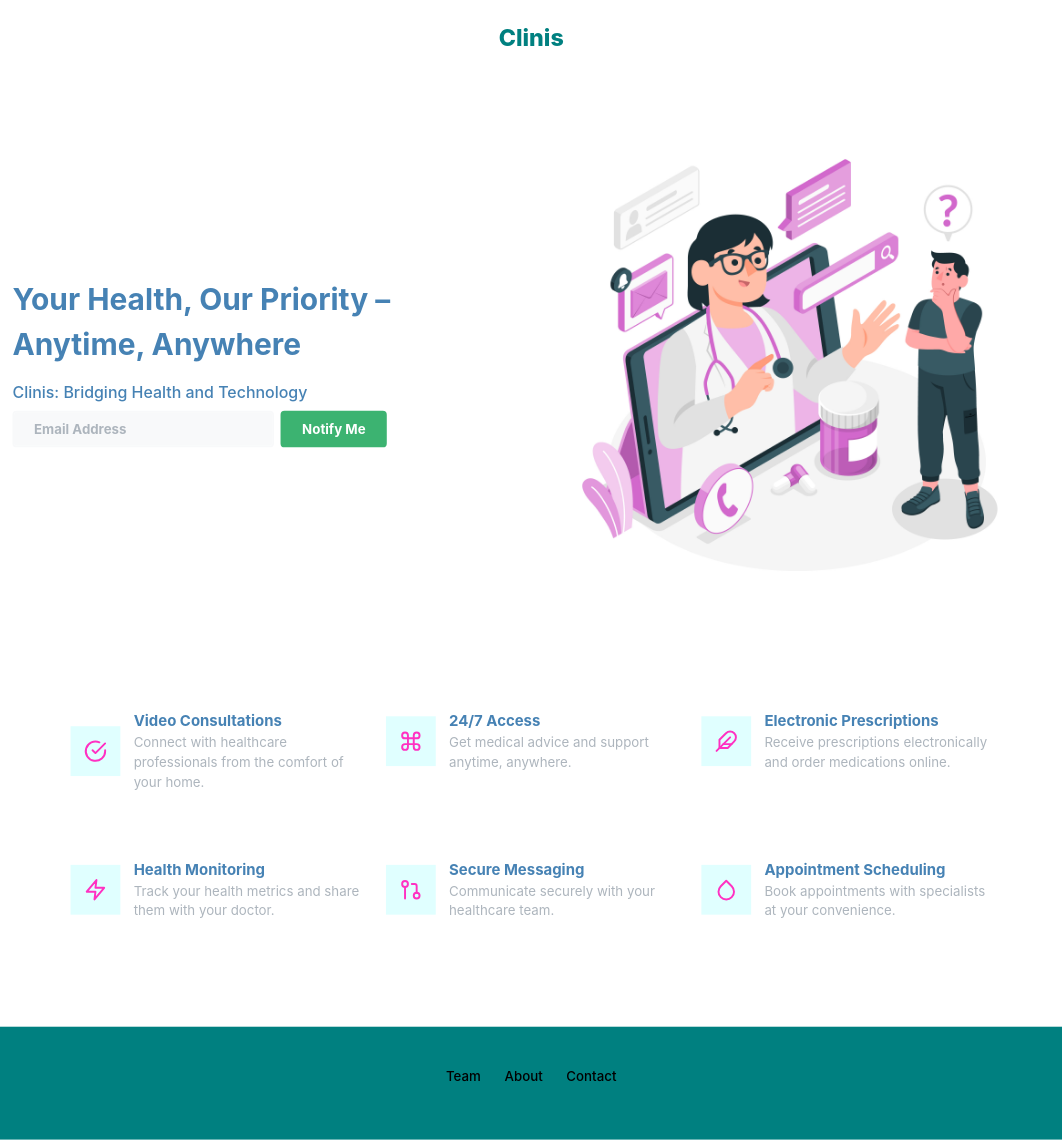
Repository: Rupak09/demo1
Page: index.html
An editor plug-in stored every save of this project. The page is shown before and after the next save, followed by the edit.
The browser window is 1280 px wide. The pictures show the whole page, at 83% of full size.
Some web fonts or font styles are not loaded; a fallback is used. Some web libraries are served in a nearby version.

Above is the page before, as saved 2024-12-28 14:28:22.

### index.html
<!doctype html>
<html lang="en">
<head>
    <!-- Required meta tags -->
    <meta charset="utf-8">
    <meta name="viewport" content="width=device-width, initial-scale=1, shrink-to-fit=no">
    <title>Clinis</title>
    <meta name="description" content="Clinis - People's most recommended telemedicine app."/>

    <!-- Google font -->
    <link href="https://fonts.googleapis.com/css?family=K2D:300,400,500,700,800" rel="stylesheet">

    <!-- Bootstrap CSS / Color Scheme -->
    <link rel="stylesheet" href="css/bootstrap.css">
    <style>
        body {
            background-color: #ffffff; /* Alice Blue */
            color: #2f4f4f; /* Dark Slate Gray */
        }
        .heading-brand {
            color: #008080; /* Teal */
        }
        h1, .lead, .title {
            color: #4682b4; /* Steel Blue */
        }
        .btn-primary {
            background-color: #3cb371; /* Medium Sea Green */
            border-color: #3cb371;
        }
        .btn-primary:hover {
            background-color: #2e8b57; /* Sea Green */
            border-color: #2e8b57;
        }
        .icon-box-inner {
            background-color: #e0ffff; /* Light Cyan */
        }
        .icon-box-inner span {
            color: #20b2aa; /* Light Sea Green */
        }
        footer {
            background-color: #008080; /* Teal */
            color: #ffffff; /* White */
        }
        a {
            color: #008b8b; /* Dark Cyan */
        }
        a:hover {
            color: #20b2aa; /* Light Sea Green */
        }
        @media (max-width: 768px) {
            h1 {
                font-size: 1.8rem;
            }
            .lead {
                font-size: 1rem;
            }
            .form-inline {
                flex-direction: column;
            }
            .form-inline .form-group, .form-inline .btn-primary {
                width: 100%;
                margin-bottom: 0.5rem;
            }
        }
    </style>
</head>
<body>

<!-- Header Section -->
<section class="pt-4 pb-5">
    <div class="container-fluid">
        <div class="row">
            <div class="col-12 text-center">
                <div class="heading-brand">Clinis</div>
            </div>
        </div>
        <div class="row mt-6">
            <div class="col-md-6 order-2 order-md-1 my-auto">
                <h1>Your Health, Our Priority – Anytime, Anywhere</h1>
                <p class="lead mb-2">
                    Clinis: Bridging Health and Technology
                </p>
                <form class="form-inline">
                    <div class="form-group mr-md-2 mb-2 mb-md-0">
                        <label for="email" class="sr-only">Email</label>
                        <input type="email" class="form-control" id="email" placeholder="Email Address">
                    </div>
                    <button type="submit" class="btn btn-primary">Notify Me</button>
                </form>
            </div>
            <div class="col-md-6 order-1 order-md-2">
                <img alt="Mockup" class="img-fluid mx-auto d-block" src="img/mockup.jpg" style="max-width: 90%;">
            </div>
        </div>
    </div>
</section>

<!-- Features Section -->
<section class="py-5">
    <div class="container">
        <div class="row feature-grid">
            <div class="col-md-4 col-sm-6">
                <div class="media">
                    <div class="icon-box">
                        <div class="icon-box-inner">
                            <span data-feather="check-circle" width="28" height="28"></span>
                        </div>
                    </div>
                    <div class="media-body">
                        <div class="title">Video Consultations</div>
                        <div class="sub-title">Connect with healthcare professionals from the comfort of your home.</div>
                    </div>
                </div>
            </div>
            <div class="col-md-4 col-sm-6">
                <div class="media">
                    <div class="icon-box">
                        <div class="icon-box-inner">
                            <span data-feather="command" width="28" height="28"></span>
                        </div>
                    </div>
                    <div class="media-body">
                        <div class="title">24/7 Access</div>
                        <div class="sub-title">Get medical advice and support anytime, anywhere.</div>
                    </div>
                </div>
            </div>
            <div class="col-md-4 col-sm-6">
                <div class="media">
                    <div class="icon-box">
                        <div class="icon-box-inner">
                            <span data-feather="feather" width="28" height="28"></span>
                        </div>
                    </div>
                    <div class="media-body">
                        <div class="title">Electronic Prescriptions</div>
                        <div class="sub-title">Receive prescriptions electronically and order medications online.</div>
                    </div>
                </div>
            </div>
            <div class="col-md-4 col-sm-6">
                <div class="media">
                    <div class="icon-box">
                        <div class="icon-box-inner">
                            <span data-feather="zap" width="28" height="28"></span>
                        </div>
                    </div>
                    <div class="media-body">
                        <div class="title">Health Monitoring</div>
                        <div class="sub-title">Track your health metrics and share them with your doctor.</div>
                    </div>
                </div>
            </div>
            <div class="col-md-4 col-sm-6">
                <div class="media">
                    <div class="icon-box">
                        <div class="icon-box-inner">
                            <span data-feather="git-pull-request" width="28" height="28"></span>
                        </div>
                    </div>
                    <div class="media-body">
                        <div class="title">Secure Messaging</div>
                        <div class="sub-title">Communicate securely with your healthcare team.</div>
                    </div>
                </div>
            </div>
            <div class="col-md-4 col-sm-6">
                <div class="media">
                    <div class="icon-box">
                        <div class="icon-box-inner">
                            <span data-feather="droplet" width="28" height="28"></span>
                        </div>
                    </div>
                    <div class="media-body">
                        <div class="title">Appointment Scheduling</div>
                        <div class="sub-title">Book appointments with specialists at your convenience.</div>
                    </div>
                </div>
            </div>
        </div>
    </div>
</section>

<!-- Footer -->
<footer class="py-5">
    <div class="container">
        <div class="row">
            <div class="col-12 text-center">
                <ul class="list-inline">
                    <li class="list-inline-item"><a href="#">Team</a></li>
                    <li class="list-inline-item"><a href="#">About</a></li>
                    <li class="list-inline-item"><a href="#">Contact</a></li>
                </ul>
            </div>
        </div>
    </div>
</footer>

<!-- jQuery first, then Popper.js, then Bootstrap JS -->
<script src="https://code.jquery.com/jquery-3.2.1.min.js"></script>
<script src="https://cdnjs.cloudflare.com/ajax/libs/feather-icons/4.7.3/feather.min.js"></script>
<script src="js/scripts.js"></script>
</body>
</html>

Loaded but not shown: css/bootstrap.css (library); js/scripts.js (common file)

After the next save:
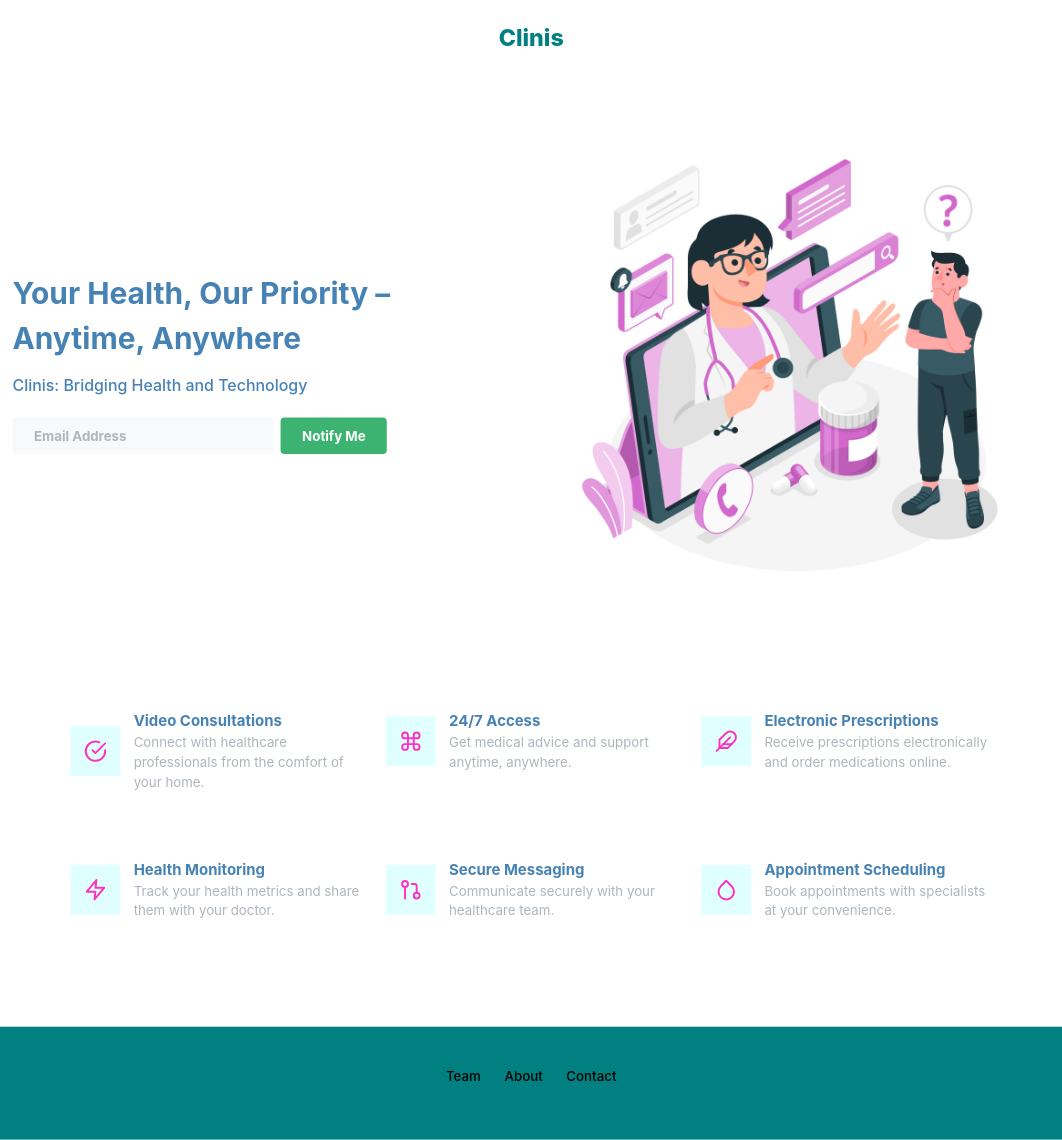
Saved 16 s later.
--- a/index.html
+++ b/index.html
@@ -77,7 +77,7 @@
         <div class="row mt-6">
             <div class="col-md-6 order-2 order-md-1 my-auto">
                 <h1>Your Health, Our Priority – Anytime, Anywhere</h1>
-                <p class="lead mb-2">
+                <p class="lead mb-4">
                     Clinis: Bridging Health and Technology
                 </p>
                 <form class="form-inline">
